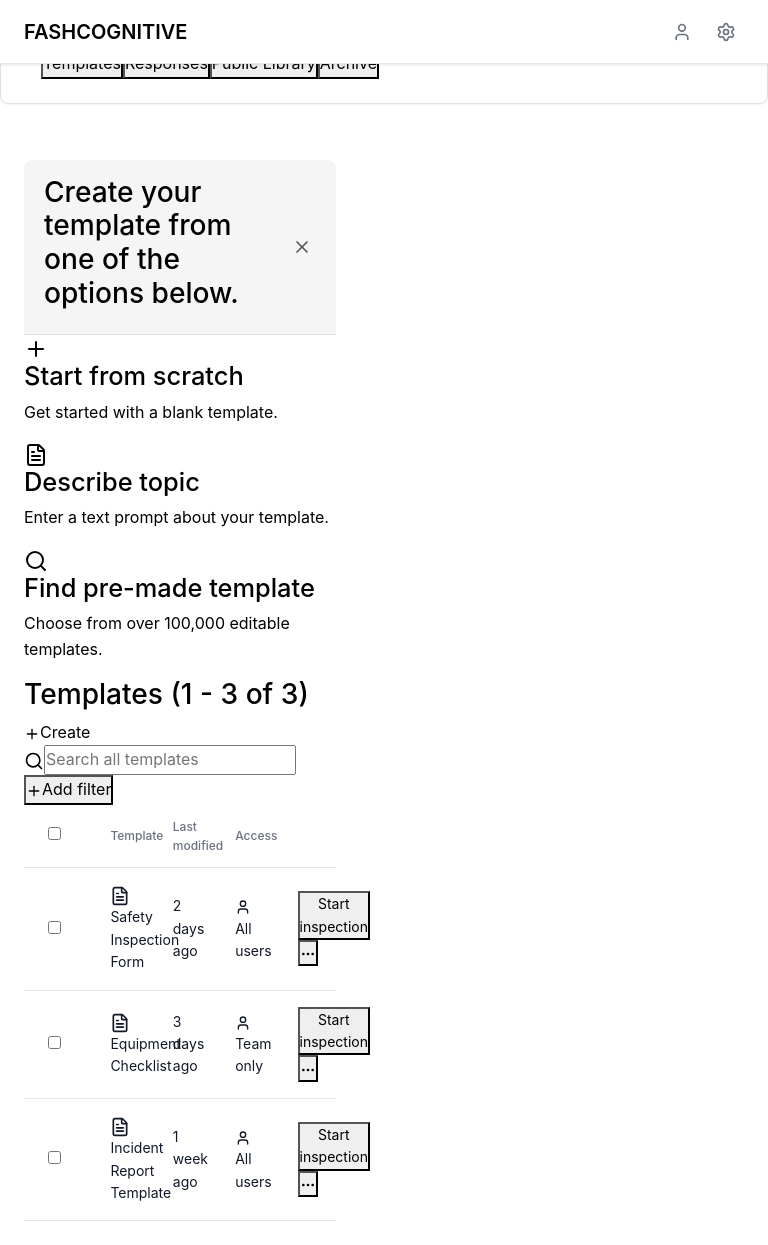
Repository: loganand612/fashcognitive-intern
Page: /template (app in fash/)
These files come from the project's save history. The page is drawn as it stood at one moment and after the next save; the edit follows.
The browser window is 768 px wide. The pictures show the whole page.
The project was rebuilt for these pictures with package versions that can differ from the ones it lists, and the page was loaded fresh each time. Also part of the build but not shown: fash/src/pages/Login.css, fash/src/pages/Register.css, fash/src/pages/Home.tsx, fash/src/pages/Login.tsx, fash/src/pages/Register.tsx, fash/src/pages/Home2.tsx, fash/src/pages/Create_template.tsx, fash/src/pages/Dashboard.tsx. Imported but missing from the stored project, and not drawn on this page: fash/src/pages/assets/head1.mp4.

Above is the page before, as saved 2025-04-13 21:53:32.

After the next save:
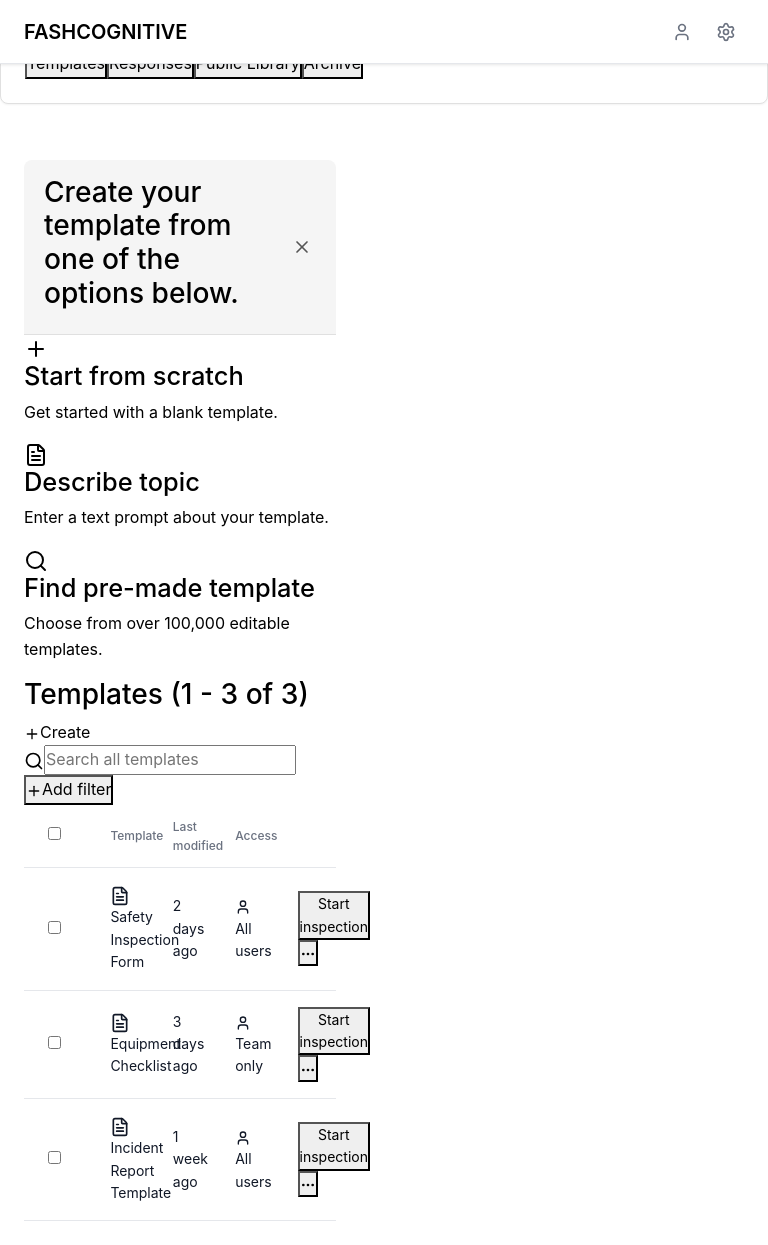
Saved 16 s later.
--- a/fash/src/pages/Template.css
+++ b/fash/src/pages/Template.css
@@ -463,55 +463,55 @@
   justify-content: center;
 }
 
-.more-options:hover {
+.tp-more-options:hover {
   background: #f3f4f6;
   color: #374151;
 }
 
 /* Responsive */
 @media (max-width: 1024px) {
-  .creation-options {
+  .tp-creation-options {
     grid-template-columns: repeat(2, 1fr);
   }
 
-  .search-controls {
+  .tp-search-controls {
     flex-wrap: wrap;
   }
 
-  .search-field {
+  .tp-search-field {
     min-width: 200px;
   }
 }
 
 @media (max-width: 768px) {
-  .creation-options {
+  .tp-creation-options {
     grid-template-columns: 1fr;
   }
 
-  .template-tabs {
+  .tp-template-tabs {
     gap: 16px;
     padding: 0 16px;
   }
 
-  .template-content {
+  .tp-template-content {
     padding: 16px;
   }
 
-  .templates-header {
+  .tp-templates-header {
     flex-direction: column;
     align-items: flex-start;
     gap: 16px;
   }
 
-  .create-button {
+  .tp-create-button {
     align-self: flex-start;
   }
 
-  .search-controls {
+  .tp-search-controls {
     flex-direction: column;
   }
 
-  .filter-button {
+  .tp-filter-button {
     align-self: flex-start;
   }
 }
